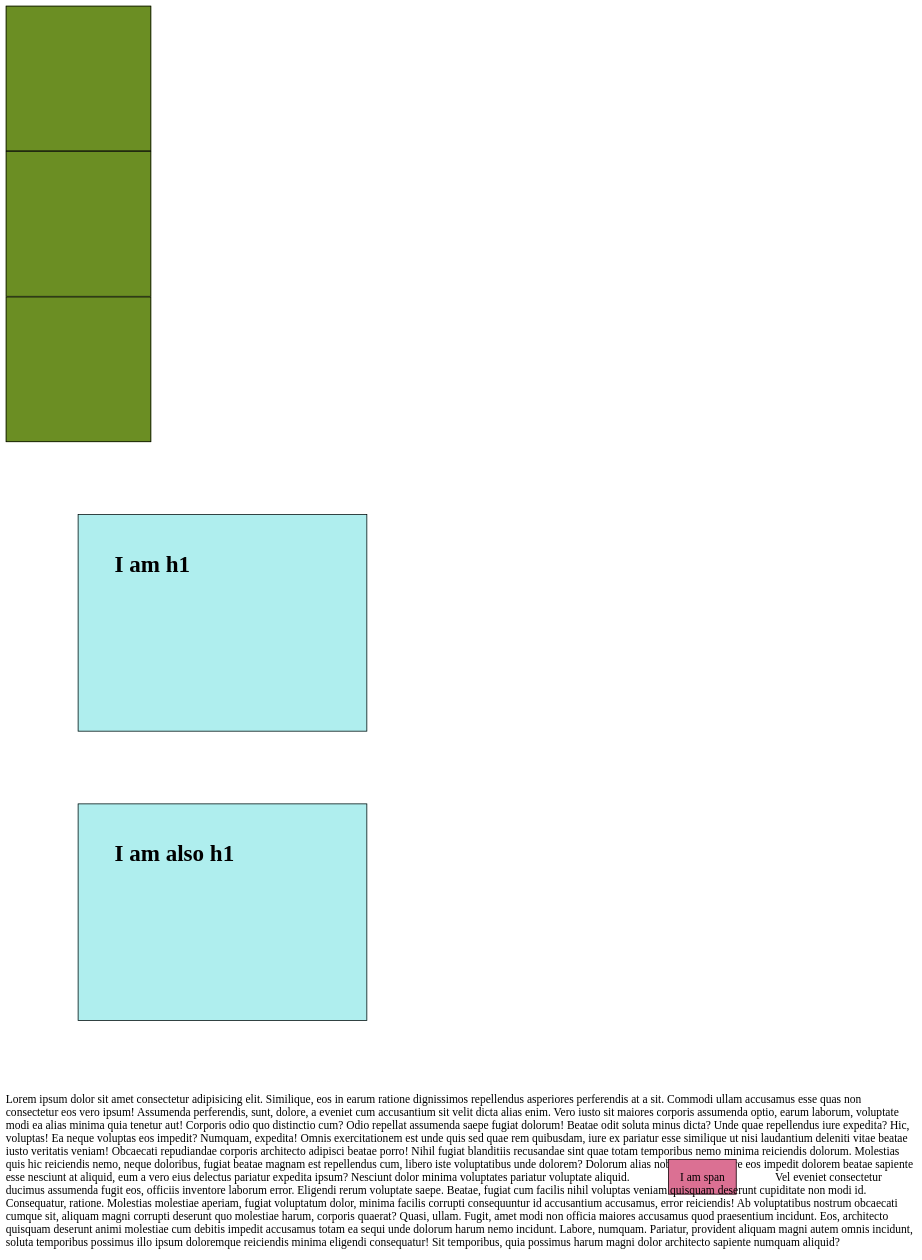
Repository: zhFIsHappy/UdemyFullStack
Page: app2.html
An editor plug-in stored every save of this project. The page is shown before and after the next save, followed by the edit.
The browser window is 1280 px wide. The pictures show the whole page, at 72% of full size.

Above is the page before, as saved 2022-03-24 11:08:25.

After the next save:
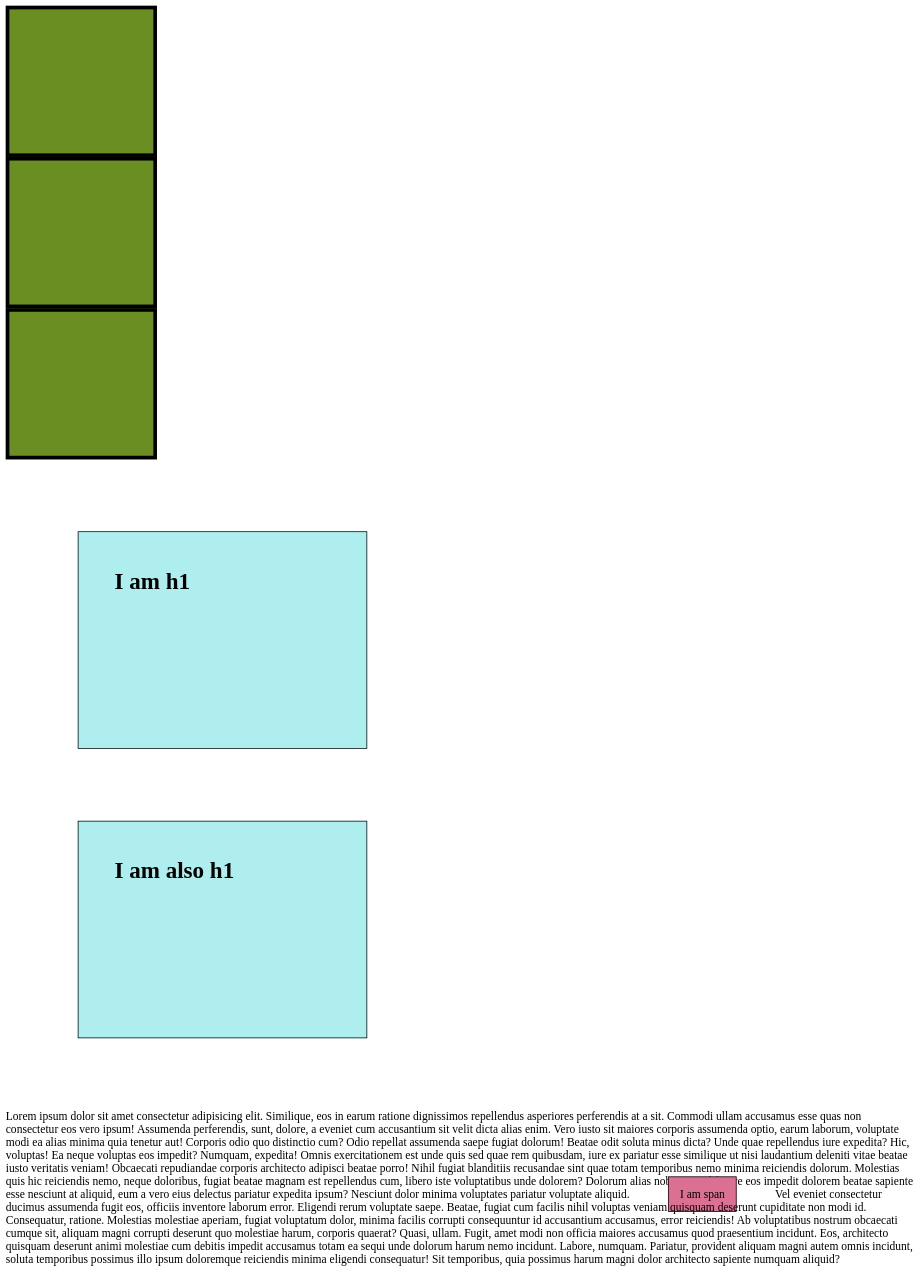
Saved 32 s later.
--- a/app2.css
+++ b/app2.css
@@ -18,5 +18,5 @@ div{
     height: 200px;
     width: 200px;
     background-color: olivedrab;
-    border: 1px solid black;
+    border: 5px solid black;
 }
